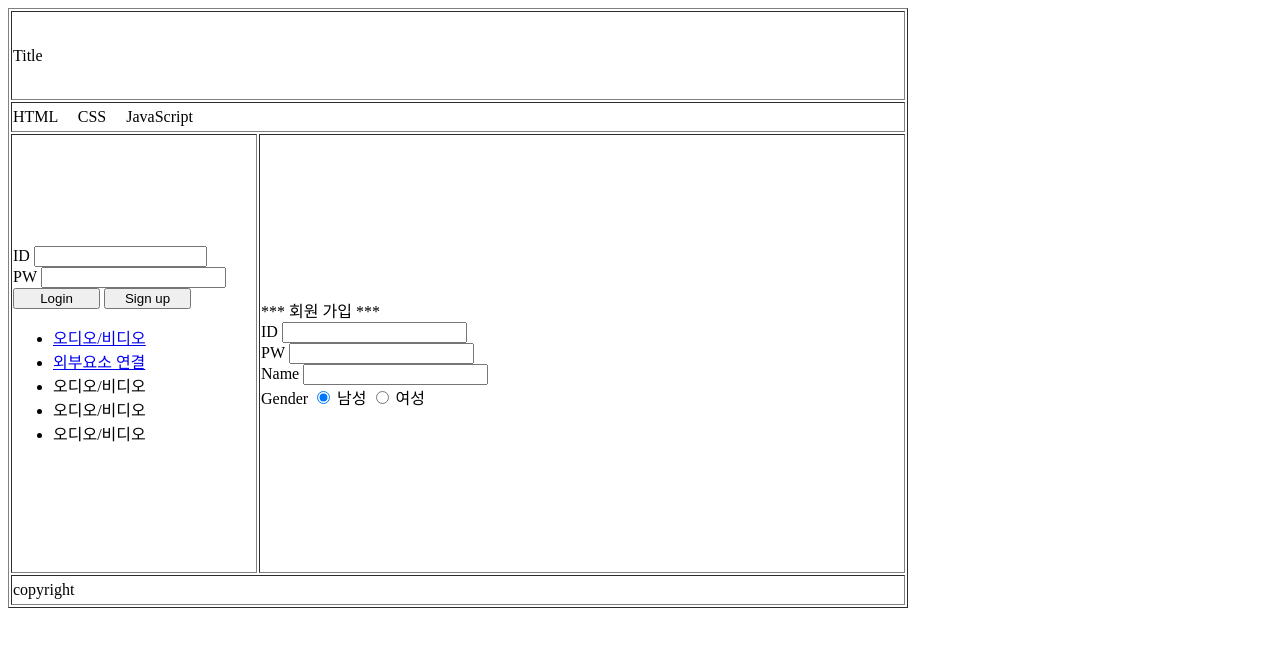
Repository: Hwangjiwon/MultiCampus
Page: http://localhost/2Study/jsp/member_insert.jsp
An editor plug-in stored every save of this project. The page is shown before and after the next save, followed by the edit.
The browser window is 1280 px wide. The pictures show the whole page.
The page is served by Tomcat 9. Other server files are loaded and not shown.

Above is the page before, as saved 2019-05-31 01:58:55.

### 2Study/WebContent/jsp/member_insert.jsp
<%@ page language="java" contentType="text/html; charset=UTF-8"
	pageEncoding="UTF-8"%>

<jsp:include page="header.jsp"></jsp:include>
<jsp:include page="side.jsp"></jsp:include>
<td>

	*** 회원 가입 *** <br>
	ID <input type = "text" name = "id" > <br>
	PW <input type = "text" name = "pw" > <br>
	Name <input type = "text" name = "name"> <br>
	Gender <input type = "radio" name = gender" value = "male" checked /> 남성
	<input type = "radio" name = gender" value = "female" /> 여성 <br>

</td>
</tr>
<jsp:include page="copyright.jsp"></jsp:include>

### 2Study/WebContent/jsp/header.jsp
<%@ page language="java" contentType="text/html; charset=UTF-8"
	pageEncoding="UTF-8"%>
<!DOCTYPE html>
<html>
<head>
<meta charset="UTF-8">
<title>HOME</title>
</head>
<body>
	<table border="1" width="900" height="600">
		<tr height="15%">
			<td colspan="2">Title</td>
		</tr>
		<tr height="5%">
			<td colspan="2">HTML &nbsp;&nbsp;&nbsp; CSS &nbsp;&nbsp;&nbsp;
				JavaScript</td>
		</tr>

### 2Study/WebContent/jsp/side.jsp
<%@ page language="java" contentType="text/html; charset=UTF-8"
	pageEncoding="UTF-8"%>
<tr>
	<td width="20%">
		<!-- Java code가 들어갈 수 있는 부분 -->
		<%
			String username = (String)session.getAttribute("username");
			if(username != null) { //login_ok
		%>

			${username}님, 환영합니다.

		<form action="/2Study/Main?sign=logout" method="post">
			<input type="submit" value="Logout">
		</form>

		<%
			} else {
		%>
			<!-- 절대경로화 해서 서블릿으로 요청 보내기 -->
			<form style="width: 242px;" method="post" action="/2Study/Main?sign=login">
				ID <input name="id" style="width: 165px;"><br>
				PW <input name="pw" type="password"><br>
					<input type="submit" value="Login" style="width: 87px;">
					<a href = "/2Study/jsp/member_insert.jsp">
						<input type="button" value="Sign up" style="width: 87px;">
					</a>
			</form>

		<%
			}
		%>

		<ul>
			<!-- Context명부터 써줘서 절대경로화! /프로젝트명/... -->
			<li><a href="/2Study/jsp/audio_video.jsp">오디오/비디오</a></li>
			<li><a href="/2Study/jsp/iframe.jsp">외부요소 연결</a></li>
			<li>오디오/비디오</li>
			<li>오디오/비디오</li>
			<li>오디오/비디오</li>
		</ul>
	</td>

### 2Study/WebContent/jsp/copyright.jsp
<%@ page language="java" contentType="text/html; charset=UTF-8"
	pageEncoding="UTF-8"%>

<tr height="5%">
	<td colspan="2">copyright</td>
</tr>
</table>

</body>
</html>

After the next save:
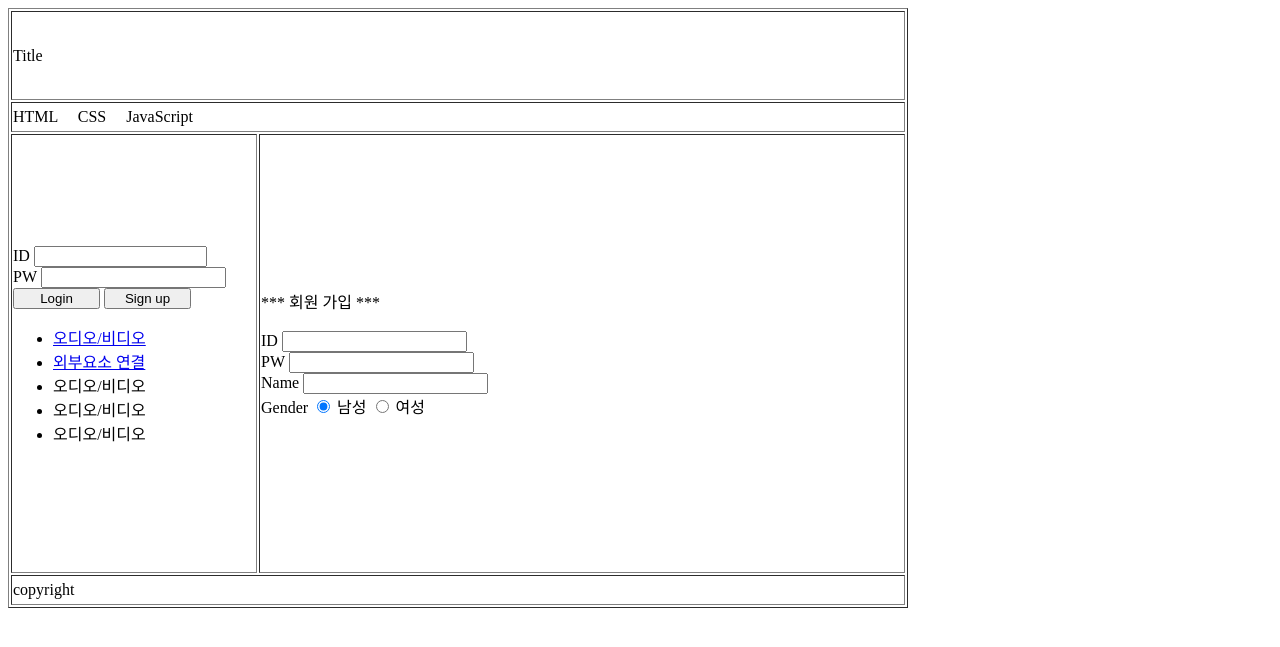
Saved 18 s later.
--- a/2Study/WebContent/jsp/member_insert.jsp
+++ b/2Study/WebContent/jsp/member_insert.jsp
@@ -5,7 +5,7 @@
 <jsp:include page="side.jsp"></jsp:include>
 <td>
 
-	*** 회원 가입 *** <br>
+	*** 회원 가입 *** <br> <br>
 	ID <input type = "text" name = "id" > <br>
 	PW <input type = "text" name = "pw" > <br>
 	Name <input type = "text" name = "name"> <br>
